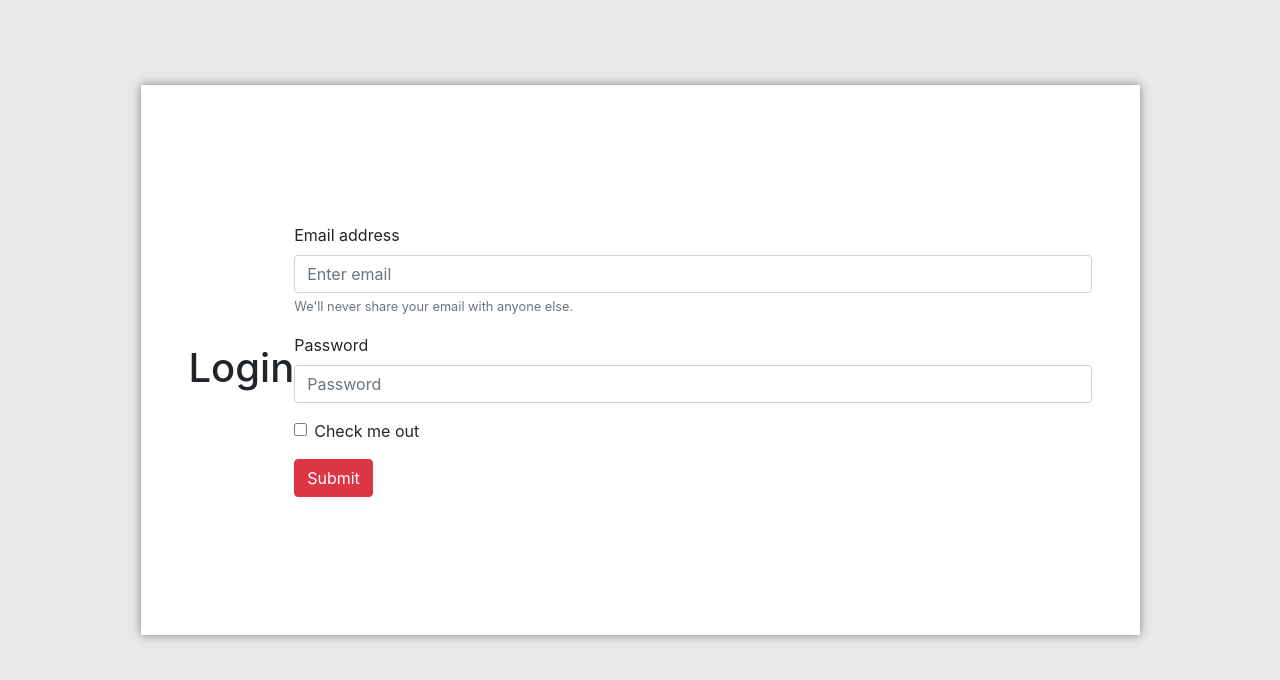
Repository: tts2610/itviec-clone
Page: /login
These files come from the project's save history. The page is drawn as it stood at one moment and after the next save; the edit follows.
The browser window is 1280 px wide. The pictures show the whole page.
Some web libraries are served in a nearby version. The project was rebuilt for these pictures with package versions that can differ from the ones it lists, and the page was loaded fresh each time. Also part of the build but not shown: src/pages/Jobs.js, src/pages/Detail.js, src/pages/404.js.

Above is the page before, as saved 2020-06-10 11:28:24.

After the next save:
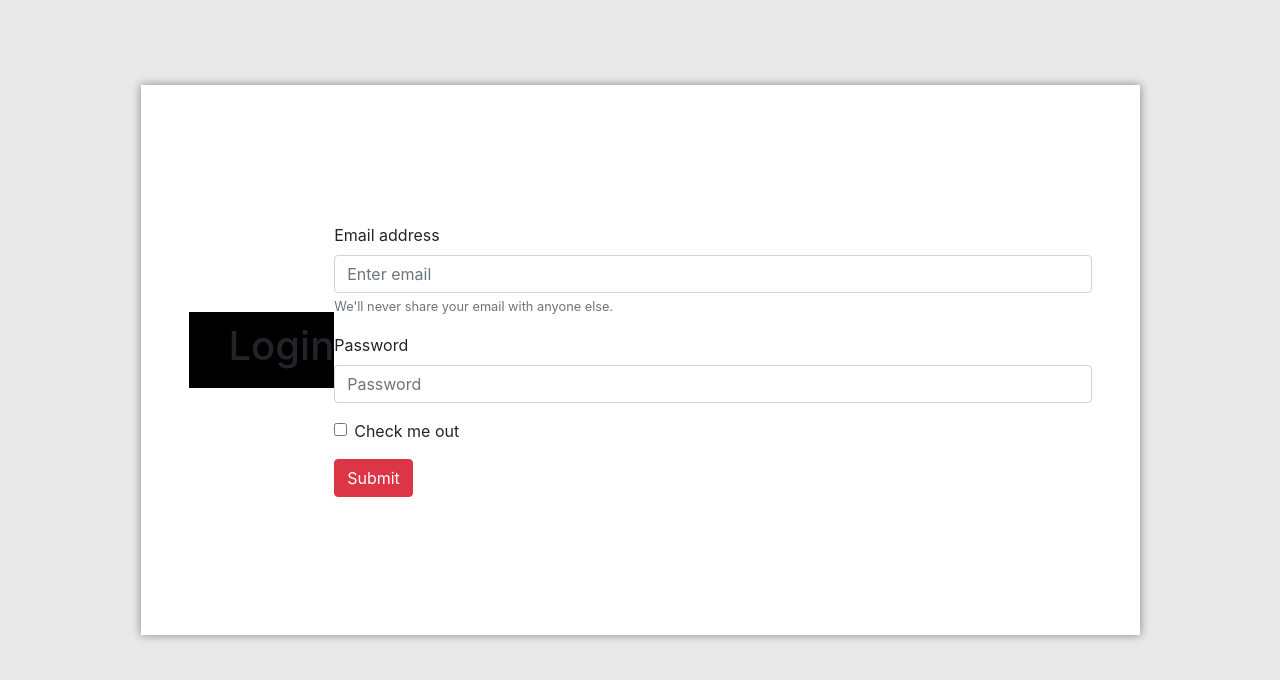
Saved 19 s later.
--- a/src/App.css
+++ b/src/App.css
@@ -107,3 +107,13 @@ Container {
 .jobRows {
     background-color: white;
 }
+
+.login-title-box {
+    align-items: center;
+    background: #000;
+    display: flex;
+    justify-content: center;
+    margin-bottom: 20px;
+    padding-top: 10px;
+    padding-bottom: 10px;
+}
